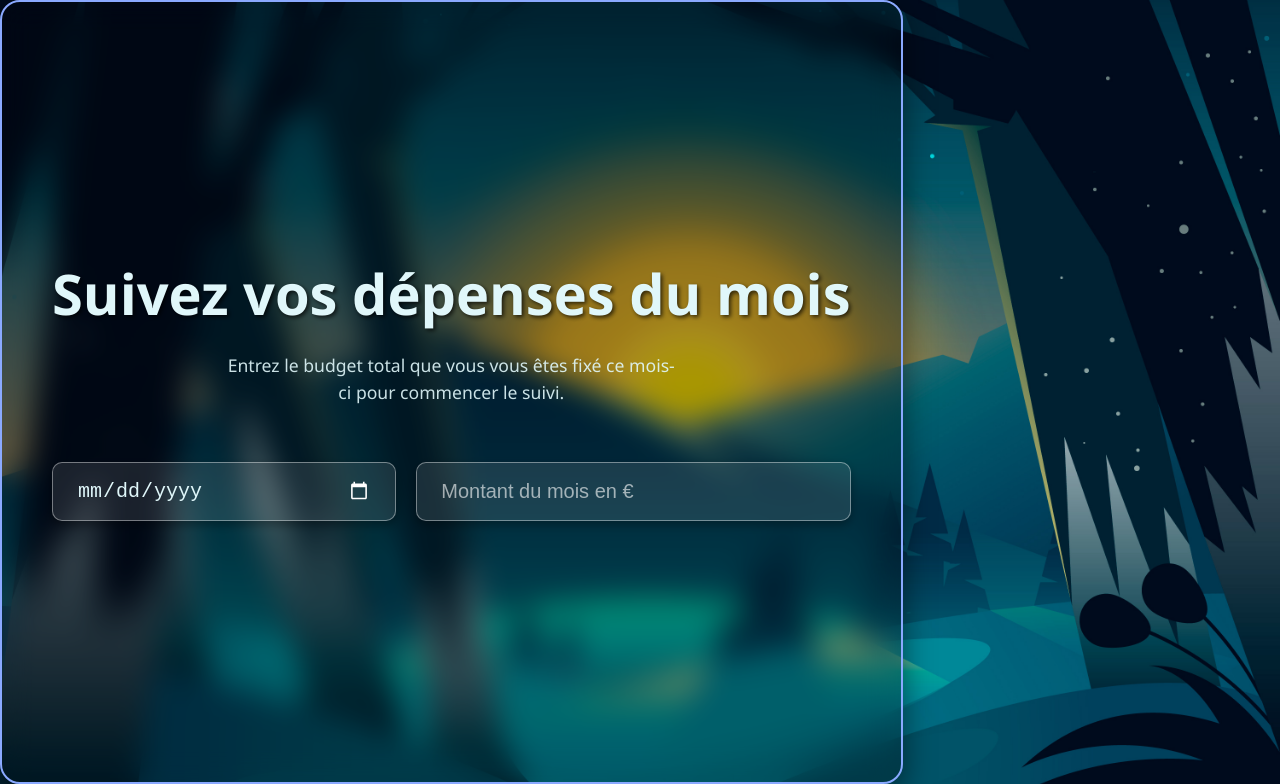
Repository: Alexandre74739/depense-react
Page: /
The author's editor kept a copy of each file at every save. The page is drawn from the files as they stood at one save, then again after the next save.
The browser window is 1280 px wide. The pictures show the whole page.
Backgrounds fixed to the window are drawn as part of the page. The project was rebuilt for these pictures with package versions that can differ from the ones it lists, and the page was loaded fresh each time. Also part of the build but not shown: vite.config.js.

Above is the page before, as saved 2025-11-21 19:45:51.

After the next save:
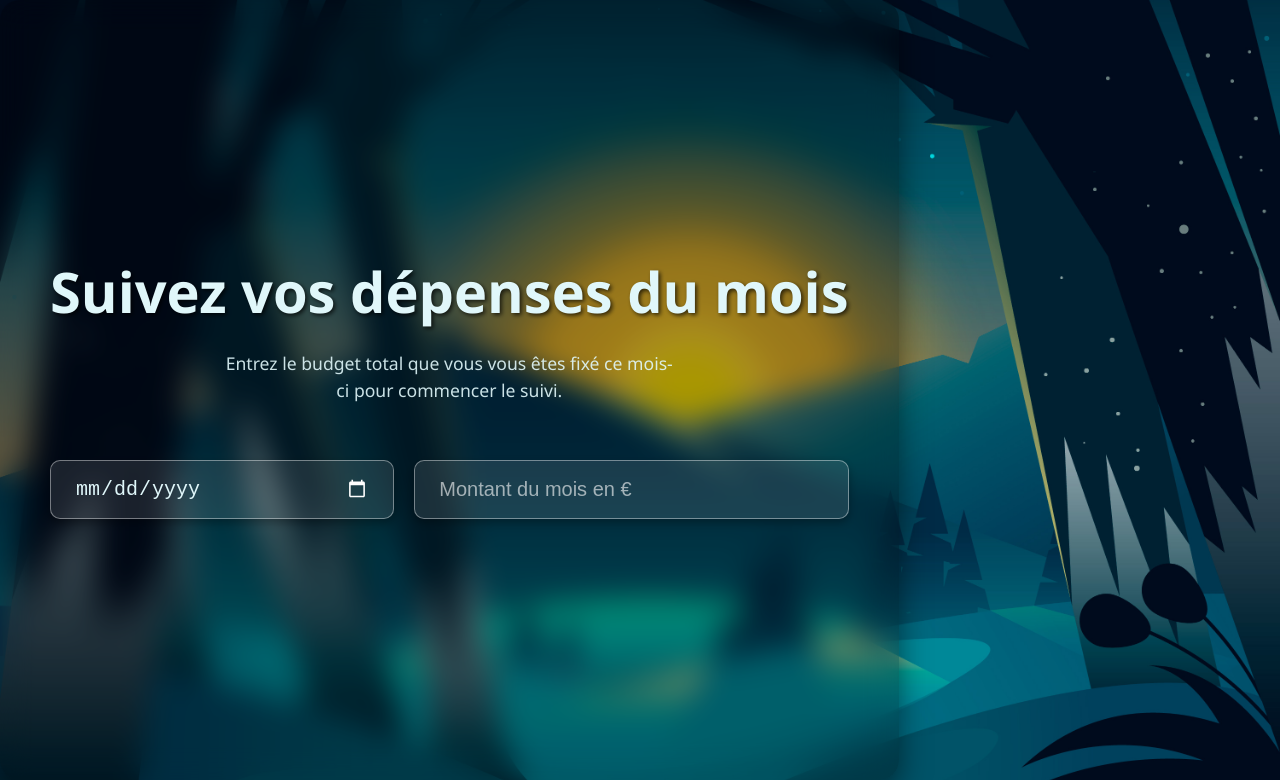
Saved 32 s later.
--- a/src/App.css
+++ b/src/App.css
@@ -25,7 +25,6 @@ body {
   min-height: 100vh;
   text-align: center;
   background-color: rgba(0, 0, 0, 0.3);
-  border: 2px solid var(--color-primary);
   border-radius: 20px;
   backdrop-filter: blur(var(--blur-intensity));
   padding: 30px 50px;
